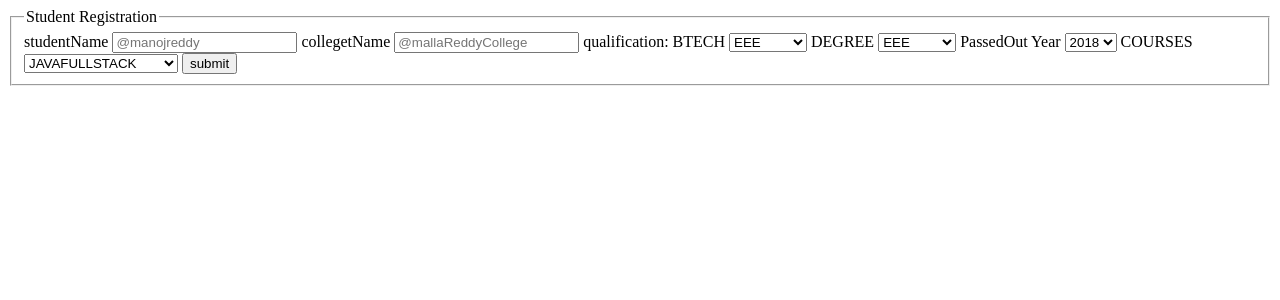
Repository: JanapatlaManojReddy/java
Page: http://localhost/institutionProject/StudentRegistration.jsp
An editor plug-in stored every save of this project. The page is shown before and after the next save, followed by the edit.
The browser window is 1280 px wide. The pictures show the whole page.
The page is served by Tomcat 9. Other server files are loaded and not shown.

Above is the page before, as saved 2023-08-19 12:36:53.

### institutionProject/src/main/webapp/StudentRegistration.jsp
<%@ page language="java" contentType="text/html; charset=ISO-8859-1"
    pageEncoding="ISO-8859-1"%>
<!DOCTYPE html>
<html>
<head>
<meta charset="ISO-8859-1">
<title>Insert title here</title>
</head>
<body>
<form>
<fieldSet action="studentServlet">
<legend>Student Registration</legend>

<lable for="sname">studentName</lable>
<input type="text" name="studentName" placeholder="@manojreddy" required>
<lable for="cname">collegetName</lable>
<input type="text" name="collegeName" placeholder="@mallaReddyCollege" required>

<lable >qualification:</lable>
<lable for="stream">BTECH</lable>
<select id ="stream" name="stream" >
<option value ="EEE">EEE</option>
<option value ="ECE">ECE</option>
<option value ="CSE">CSE</option>
<option value ="CIVIL">CIVIL</option>
<option value ="MECH">MECH</option>
<option value ="OTHERS">OTHERS</option>
</select>
<lable for="stream">DEGREE</lable>
<select id ="stream" name="stream" >
<option value ="EEE">EEE</option>
<option value ="ECE">ECE</option>
<option value ="CSE">CSE</option>
<option value ="CIVIL">CIVIL</option>
<option value ="MECH">MECH</option>
<option value ="OTHERS">OTHERS</option>
</select>
<lable for="pyear">PassedOut Year</lable>
<select id="pyear" name="pyear">
<option value="2018">2018</option>
<option value="2019">2019</option>
<option value="2020">2020</option>
<option value="2021">2021</option>
<option value="2022">2022</option>
<option value="2023">2023</option>


</select>
<lable for="courses">COURSES</lable>
<select id ="courses" name="courses">
<option value="JAVAFULLSTACK">JAVAFULLSTACK </option>
<option value="PYTHONFULLSTACK">PYTHONFULLSTACK </option>
<option value="JAVA">JAVA</option>
<option value="HTML/CSS">HTML/CSS </option>
<option value="ANGULAR/REACT">ANGULAR/REACT </option>
</select>
<input type="submit" value="submit">


</fieldSet>
</form>

</body>
</body>
</html>

After the next save:
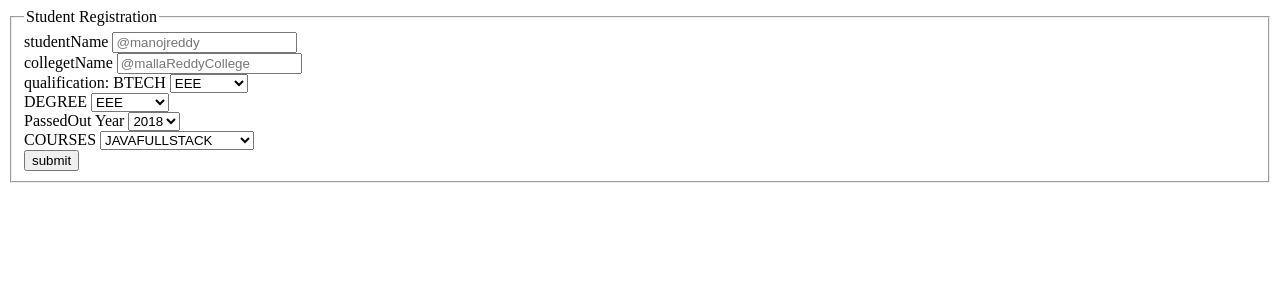
Saved 2 min 23 s later.
--- a/institutionProject/src/main/webapp/StudentRegistration.jsp
+++ b/institutionProject/src/main/webapp/StudentRegistration.jsp
@@ -10,12 +10,16 @@
 <form>
 <fieldSet action="studentServlet">
 <legend>Student Registration</legend>
-
+<div>
 <lable for="sname">studentName</lable>
 <input type="text" name="studentName" placeholder="@manojreddy" required>
+
+</div>
+<div>
 <lable for="cname">collegetName</lable>
 <input type="text" name="collegeName" placeholder="@mallaReddyCollege" required>
-
+</div>
+<div>
 <lable >qualification:</lable>
 <lable for="stream">BTECH</lable>
 <select id ="stream" name="stream" >
@@ -26,6 +30,8 @@
 <option value ="MECH">MECH</option>
 <option value ="OTHERS">OTHERS</option>
 </select>
+</div>
+<div>
 <lable for="stream">DEGREE</lable>
 <select id ="stream" name="stream" >
 <option value ="EEE">EEE</option>
@@ -35,6 +41,8 @@
 <option value ="MECH">MECH</option>
 <option value ="OTHERS">OTHERS</option>
 </select>
+</div>
+<div>
 <lable for="pyear">PassedOut Year</lable>
 <select id="pyear" name="pyear">
 <option value="2018">2018</option>
@@ -46,6 +54,8 @@
 
 
 </select>
+</div>
+<div>
 <lable for="courses">COURSES</lable>
 <select id ="courses" name="courses">
 <option value="JAVAFULLSTACK">JAVAFULLSTACK </option>
@@ -54,8 +64,10 @@
 <option value="HTML/CSS">HTML/CSS </option>
 <option value="ANGULAR/REACT">ANGULAR/REACT </option>
 </select>
+</div>
+<div>
 <input type="submit" value="submit">
-
+</div>
 
 </fieldSet>
 </form>
